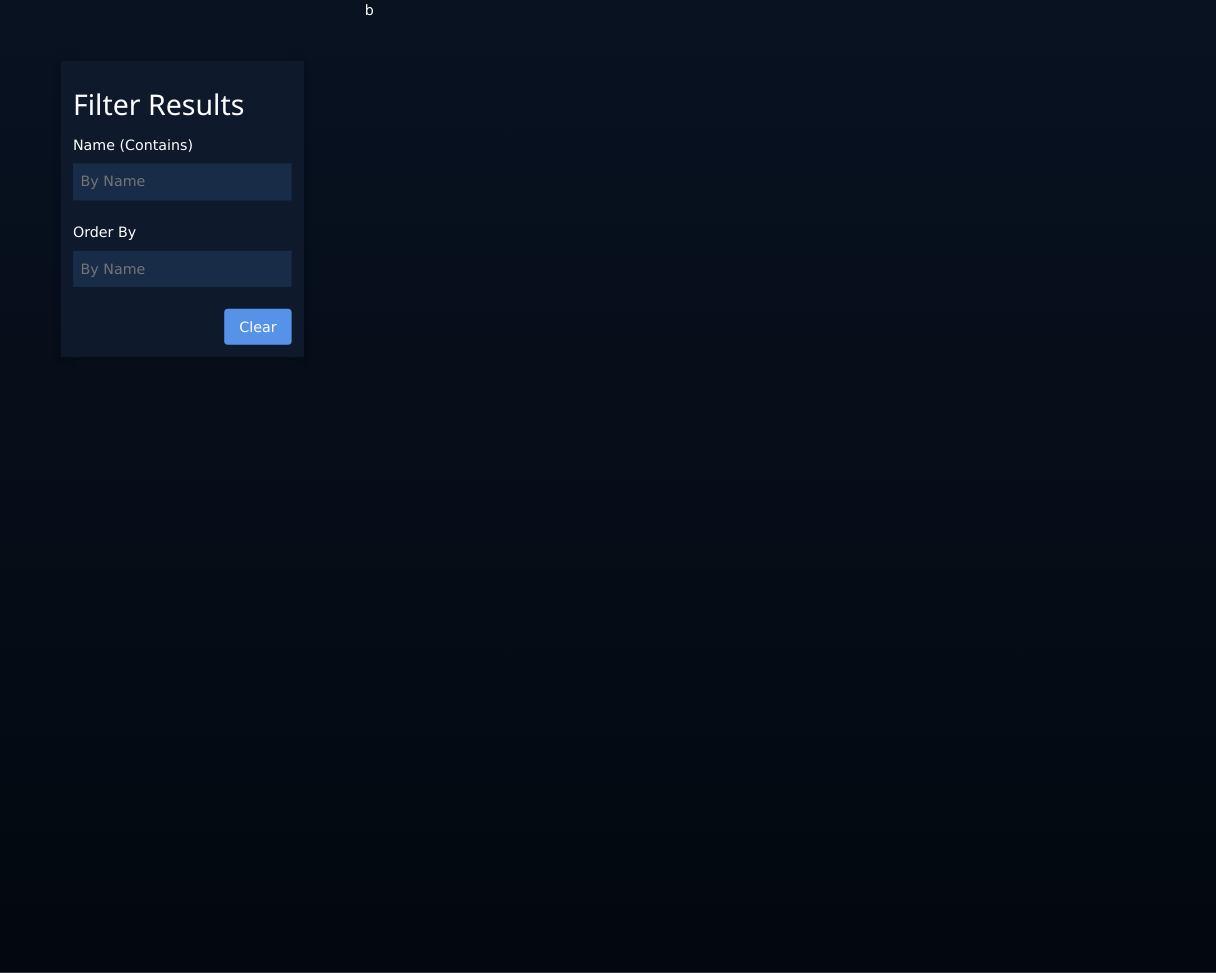
Repository: seyicoded/testestech
Page: /
An editor plug-in stored every save of this project. The page is shown before and after the next save, followed by the edit.
The browser window is 1280 px wide. The pictures show the whole page, at 95% of full size.
The project was rebuilt for these pictures with package versions that can differ from the ones it lists, and the page was loaded fresh each time.

Above is the page before, as saved 2022-02-07 13:56:23.

### src/App.js
import logo from './logo.svg';
import './App.css';
import './w3.css';

function App() {
  return (
    <div className="App">
      <div className="Container">

        <div className='left'>
          <div className='card w3-card-2'>
            <h2>Filter Results</h2>

            <div className='content'>
              <label className='w3-label'>Name (Contains)</label>
              <br />
              <input className='w3-input' placeholder='By Name'/>
            </div>

            <br />

            <div className='content'>
              <label className='w3-label'>Order By</label>
              <br />
              <div className='orderby'>
                <i class="fa fa-futboll"></i>
                <input className='w3-input' placeholder='By Name'/>
              </div>

              <br />

              <div className='btn-container'>
                <button className='w3-btn w3-round'>Clear</button>
              </div>

            </div>
          </div>
        </div>

        <div className='right'>
          b
        </div>

      </div>
    </div>
  );
}

export default App;

### src/App.css
.App {
  width: 100%;
  height: 100%;
  flex: 1;
}

/* .App-logo {
  height: 40vmin;
  pointer-events: none;
} */

/* @media (prefers-reduced-motion: no-preference) {
  .App-logo {
    animation: App-logo-spin infinite 20s linear;
  }
} */

/* .App-header {
  background-color: #282c34;
  min-height: 100vh;
  display: flex;
  flex-direction: column;
  align-items: center;
  justify-content: center;
  font-size: calc(10px + 2vmin);
  color: white;
} */

.App-link {
  color: #61dafb;
}

@keyframes App-logo-spin {
  from {
    transform: rotate(0deg);
  }
  to {
    transform: rotate(360deg);
  }
}

.Container{
  display: flex;
  flex: 1;
  height: 1024px;
  max-height: 100%;
  width: 100%;
  flex-direction: row;
  /* background: Vertical linear-gradient #081221 to #03080f; */
  background: linear-gradient(#081221, #03080f);
  padding: 15;
  color: white;
}

.Container .left{
  width: 30%;
  height: 100%;
  padding: 5%;
}

.Container .right{
  flex: 1;
  height: 100%;
}

.Container .left .card{
  padding: 40;
  padding: 5%;
  background: #0e1a2b;
}
.Container .left .card .content{
  display: block;
  text-align: left;
}
.Container .left .card input {
  background: #182c47;
  border-bottom: none;
  margin-top: 8px;
}

.Container .left .card .orderby{
  display: flex;
  flex-direction: row;
}

.btn-container {
  display: flex;
  flex-direction: row;
  /* align-items: flex-end; */
  justify-content: flex-end;
}

.btn-container .w3-btn{
  background: #5692e8;
}

Loaded but not shown: public/index.html (common file); src/index.js (common file); src/index.css (common file); src/reportWebVitals.js (common file); src/w3.css (library)

After the next save:
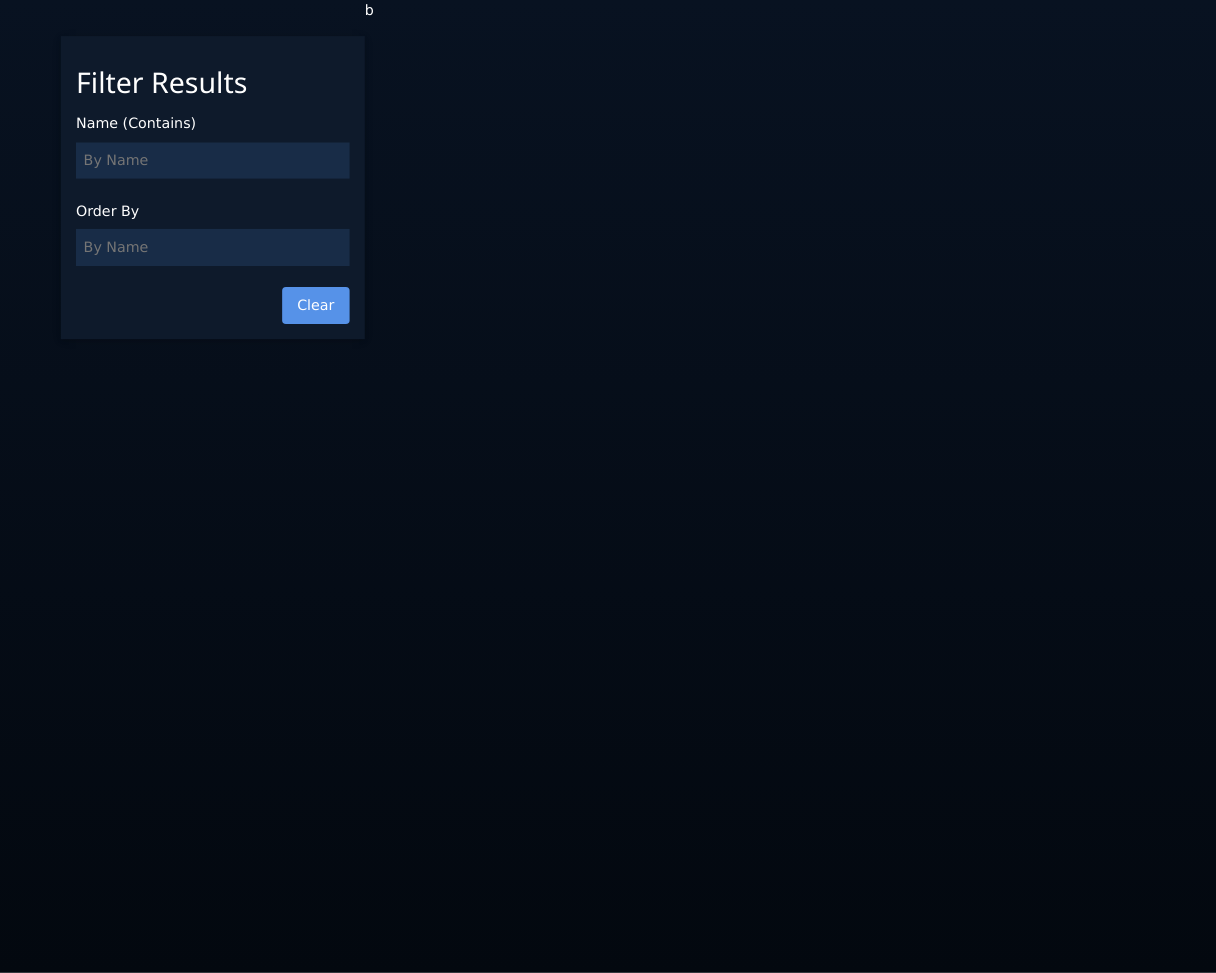
Saved 19 s later.
--- a/src/App.css
+++ b/src/App.css
@@ -55,7 +55,8 @@
 .Container .left{
   width: 30%;
   height: 100%;
-  padding: 5%;
+  padding-top: 3%;
+  padding-left: 5%;
 }
 
 .Container .right{
